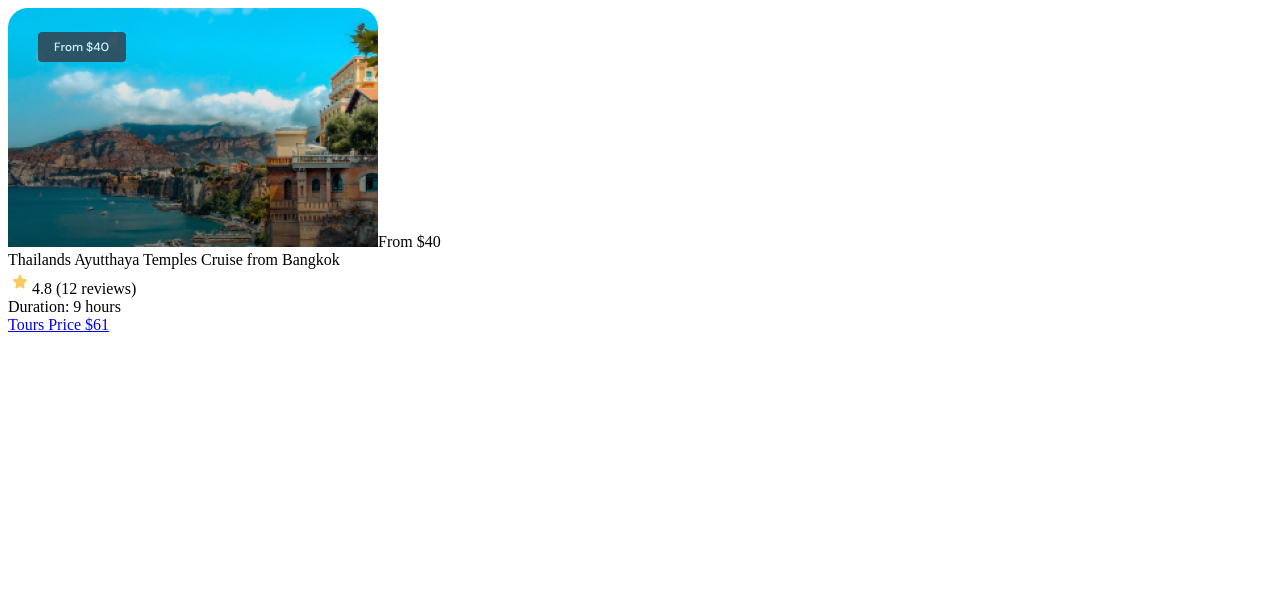
Repository: nguyentuankiet-k61/K_IT-demo
Page: index.html
The author's editor kept a copy of each file at every save. The page is drawn from the files as they stood at one save, then again after the next save.
The browser window is 1280 px wide. The pictures show the whole page.

Above is the page before, as saved 2022-09-23 16:35:31.

### index.html
<!DOCTYPE html>
<html lang="en">
<head>
    <meta charset="UTF-8">
    <meta http-equiv="X-UA-Compatible" content="IE=edge">
    <meta name="viewport" content="width=device-width, initial-scale=1.0">
    <title>HTML CSS Master</title>
    <link rel="stylesheet" href="./CSS/app.css">
</head>
<body>
 <div class="">
    <div class="Tours">
        <div class="Tours_top">
            <img src="./image/img1.png" alt="this_is_image"/>From $40
        </div>
        <div class="Tours_content">

            <div class="Tours_title">Thailands Ayutthaya Temples
                Cruise from Bangkok</div>

            <div class="Tours_ratting">
                <div class="Tours_review">
                    <div class="Tours_review_count">
                        <img src="./image/img-star.png" alt="tours-ratting"/>4.8 (12 reviews)
                    </div>
                    <div class="Tours_Duration">Duration: 9 hours</div>
                </div>
            </div>
            <a href="https://www.facebook.com/kutooo" target="noopener noreferrer" class="Tours-botton">Tours Price $61</a>
        </div>
    </div>
 </div>
</body>
</html>

Loaded but not shown: CSS/app.css (no stored copy; drawn as an empty file)

After the next save:
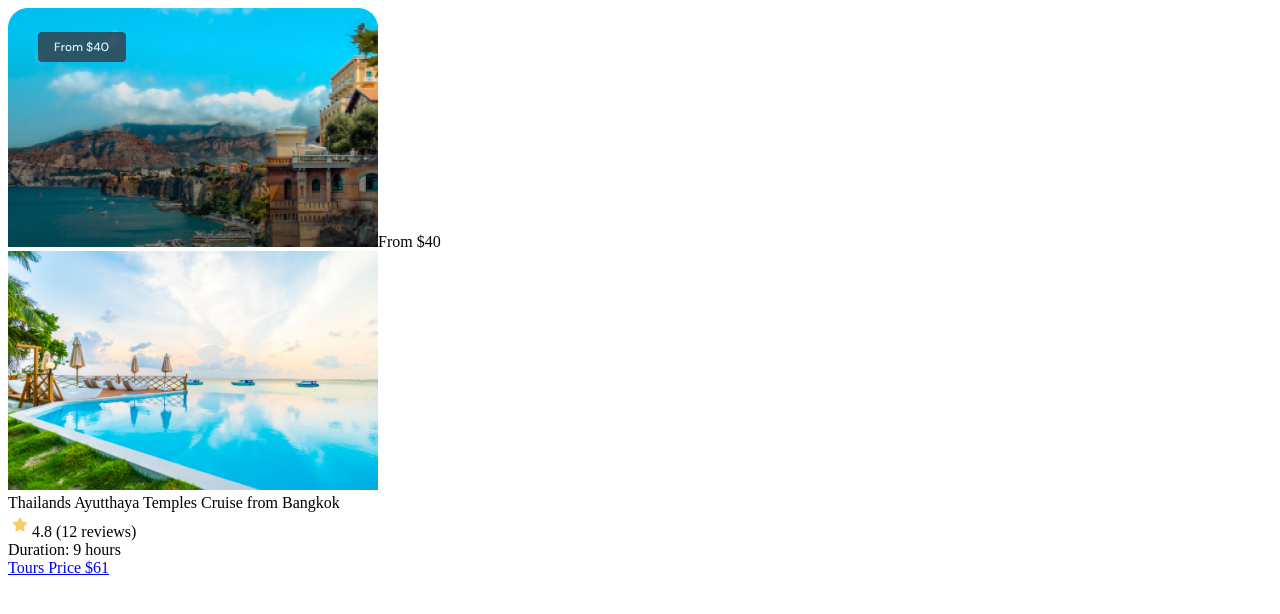
Saved 68 min 5 s later.
--- a/index.html
+++ b/index.html
@@ -13,6 +13,7 @@
         <div class="Tours_top">
             <img src="./image/img1.png" alt="this_is_image"/>From $40
         </div>
+            <img src="./image/img2.png" alt="this_is_image"From $70>
         <div class="Tours_content">
 
             <div class="Tours_title">Thailands Ayutthaya Temples
